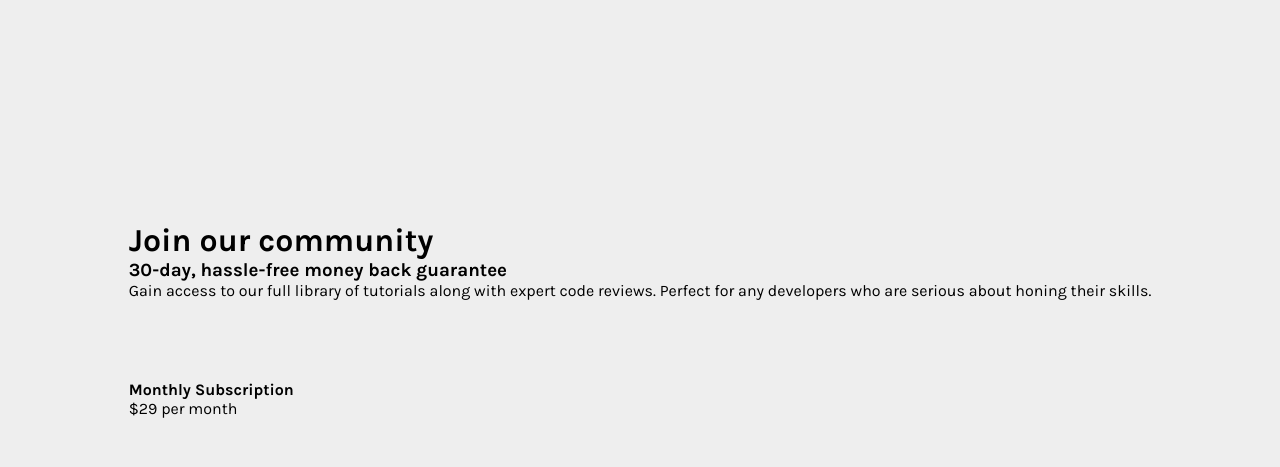
Repository: Akashiii1/WebSingleGrid_Day3
Page: index.html
An editor plug-in stored every save of this project. The page is shown before and after the next save, followed by the edit.
The browser window is 1280 px wide. The pictures show the whole page.

Above is the page before, as saved 2021-12-22 00:55:53.

### index.html
<!DOCTYPE html>
<html lang="en">
<head>
  <meta charset="UTF-8">
  <meta name="viewport" content="width=device-width, initial-scale=1.0"> <!-- displays site properly based on user's device -->

  <link rel="icon" type="image/png" sizes="32x32" href="./images/favicon-32x32.png">

  <title>Frontend Mentor | Single Price Grid Component</title>

  <!-- Feel free to remove these styles or customise in your own stylesheet 👍 -->
  <link rel="stylesheet" href="style.css">
  <style>
    .attribution { font-size: 11px; text-align: center; }
    .attribution a { color: hsl(228, 45%, 44%); }
  </style>
</head>
<body>
  <!-- Join our community

  30-day, hassle-free money back guarantee

  Gain access to our full library of tutorials along with expert code reviews.
  Perfect for any developers who are serious about honing their skills.

  Monthly Subscription

  &dollar;29 per month

  Full access for less than &dollar;1 a day

  Sign Up

  Why Us

  Tutorials by industry experts
  Peer &amp; expert code review
  Coding exercises
  Access to our GitHub repos
  Community forum
  Flashcard decks
  New videos every week -->
  <div class="wrapper">
    <div class="container">
      <div class="box">
        <h1>Join our community</h1>
        <h3>30-day, hassle-free money back guarantee</h3>
        <p>Gain access to our full library of tutorials along with expert code reviews.
          Perfect for any developers who are serious about honing their skills.</p>
      </div>
      <div class="box">
        <h4> Monthly Subscription</h4>
        <span>&dollar;29 per month</span>
      </div>
      <div class="box"></div>
    </div>
  </div>
  <!-- <footer>
    <p class="attribution">
      Challenge by <a href="https://www.frontendmentor.io?ref=challenge" target="_blank">Frontend Mentor</a>.
      Coded by <a href="#">Your Name Here</a>.
    </p>
  </footer> -->
</body>
</html>

### style.css

@import url('https://fonts.googleapis.com/css2?family=Karla:wght@400;700&display=swap');
:root{
  --Cyan: hsl(179, 62%, 43%);
 --BrightYellow: hsl(71, 73%, 54%);
 --LightGray: hsl(204, 43%, 93%);
 --GrayishBlue: hsl(218, 22%, 67%);
}
html {
box-sizing: border-box;
}
*{
margin: 0;
padding: 0;
}
*,*:before,*:after {
box-sizing: border-box;
}
input,
textarea,
select,
button{
outline: none;
}
input{
line-height: normal;
}
label,
button{
cursor: pointer;
}
a {
text-decoration: none;
}
img {
display: block;
max-width: 100%;
}
body{
  font-family: 'Karla', sans-serif;
  display: flex;
  justify-content: center;
  align-items: center;
  min-height: 100vh;
  background-color: #eee;
}
.box{
  padding: 40px;
}

After the next save:
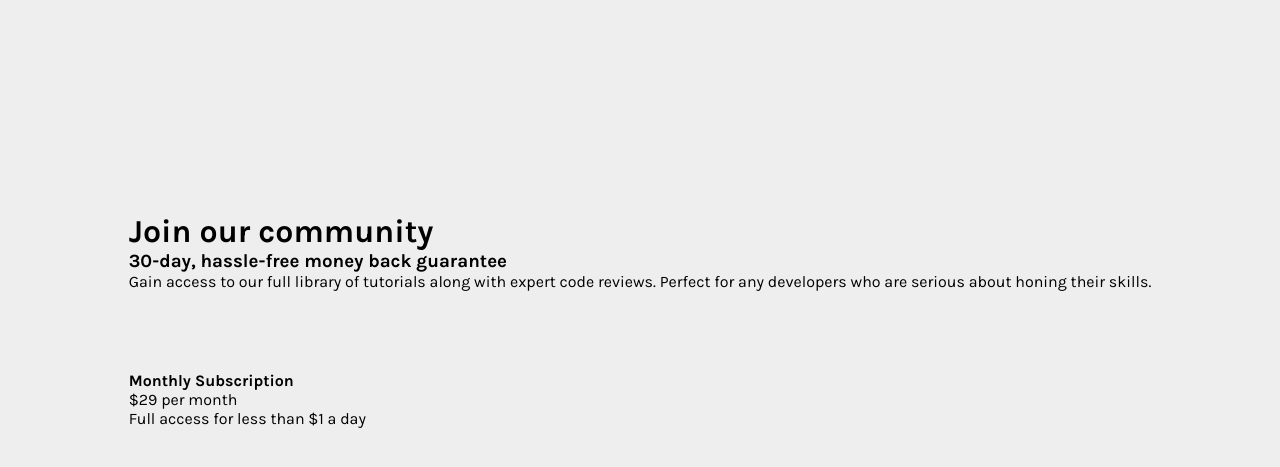
Saved 14 s later.
--- a/index.html
+++ b/index.html
@@ -51,6 +51,7 @@
       <div class="box">
         <h4> Monthly Subscription</h4>
         <span>&dollar;29 per month</span>
+        <p>Full access for less than &dollar;1 a day</p>
       </div>
       <div class="box"></div>
     </div>
